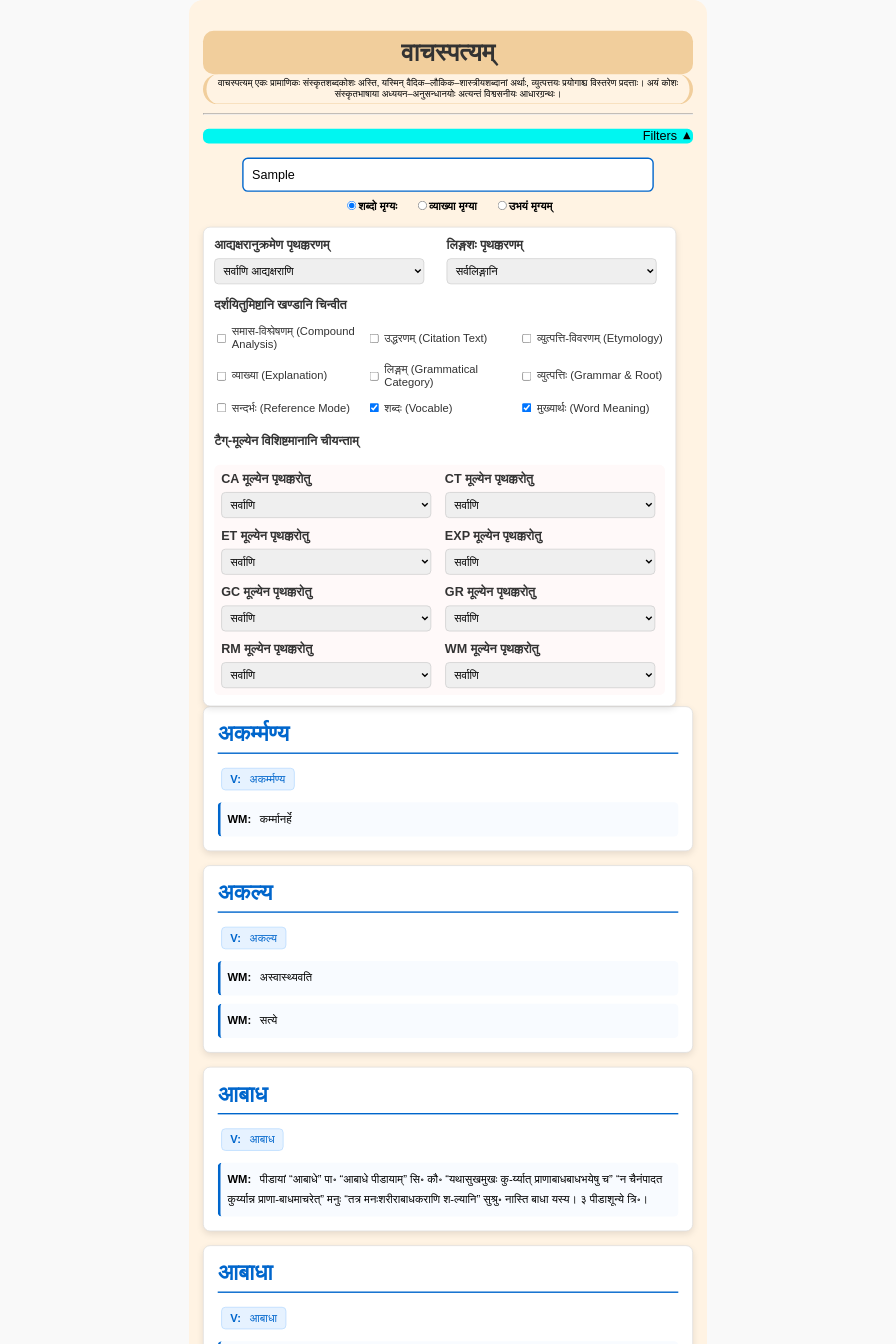
Repository: sanskritsphere/vachaspatyam-demo
Page: index.html
These files come from the project's save history. The page is drawn as it stood at one moment and after the next save; the edit follows.
The browser window is 1280 px wide. The pictures show the part of the page from y = 0 to 1920 px (the page is 4055 px tall), at 70% of full size.
Empty fields were first filled with sample values (such as "Sample", 5 or name@example.com).
After loading, the first visible `#toggleFilters` was clicked once.

Above is the page before, as saved 2025-12-14 16:02:01.

### index.html
<!DOCTYPE html>
<html lang="sa">
<head>
    <meta charset="UTF-8">
    <meta name="viewport" content="width=device-width, initial-scale=1.0">
    <link rel="styleSheet" type="text/css" href="style.css">
    <title>वाचस्पत्यम् शब्दकोशः</title>

</head>
<body>
    <div class="container">
    <header>
        <h1>वाचस्पत्यम्</h1>
    <p class="small">वाचस्पत्यम् एकः प्रामाणिकः संस्कृतशब्दकोशः अस्ति, यस्मिन् वैदिक–लौकिक–शास्त्रीयशब्दानां अर्थाः, व्युत्पत्तयः प्रयोगाश्च विस्तरेण प्रदत्ताः।
अयं कोशः संस्कृतभाषाया अध्ययन–अनुसन्धानयोः अत्यन्तं विश्वसनीयः आधारग्रन्थः।</p>
    </header>
    <hr>
<div class="toggle-btn" id="toggleFilters">
    Filters
    <span class="arrow">▼</span>
</div>
    <div id="searchContainer">
        <input type="text" id="search" placeholder="मृग्यतां शब्दस्तद्व्याख्या वा">
        <div class="search-options">
            <label><input type="radio" name="searchMode" value="wordOnly" checked>शब्दो मृग्यः</label>
            <label><input type="radio" name="searchMode" value="meaningOnly">व्याख्या मृग्या</label>
            <label><input type="radio" name="searchMode" value="both">उभयं मृग्यम्</label>
        </div>
    </div>

    <div class="filters" id="filtersPanel">
        <div class="filter-group" id="startingLetterGroup">
            <label>आद्यक्षरानुक्रमेण पृथक्करणम्</label>
            <select id="startingLetterFilter">
                <option value="">सर्वाणि आद्यक्षराणि</option>
            </select>
        </div>

        <div class="filter-group" id="gcGroup">
            <label>लिङ्गशः पृथक्करणम्</label>
            <select id="gcFilter">
                <option value="">सर्वलिङ्गानि</option>
            </select>
        </div>

        <!-- टैग विज़िबिलिटी -->
        <div class="filter-group" style="grid-column: 1 / -1;" id="tagVisibilityGroup">
            <label>दर्शयितुमिष्टानि खण्डानि चिन्वीत</label>
            <div class="tag-visibility" id="tagVisibility">
                <!-- डायनामिकली जनरेट होगा -->
            </div>
        </div>

        <!-- नए टैग फ़िल्टर सेक्शन -->
        <div class="filter-group" style="grid-column: 1 / -1;" id="tagFiltersGroup">
            <label>टैग्-मूल्येन विशिष्टमानानि चीयन्ताम्</label>
            <div class="tag-filters" id="tagFilters">
                <!-- XML से सभी टैग्स के लिए डायनामिक सिलेक्ट बॉक्स जनरेट होंगे -->
            </div>
        </div>
    </div>

    <div id="results"></div>
</div>
    <script>

        let dictionary = [];
        let allTags = new Set();
        let tagValues = {}; // { tag: Set of values }
        let startingLetters = new Set();
        let gcValues = new Set();
        let currentPage = 1;
        const itemsPerPage = 25;
        // XML फ़ाइल लोड करना
        fetch('vachaspatyam.xml')
            .then(response => response.text())
            .then(xmlText => {
                const parser = new DOMParser();
                const xml = parser.parseFromString(xmlText, "application/xml");
                const entries = xml.querySelectorAll('entry');

                entries.forEach(entry => {
                    const obj = {};
                    entry.querySelectorAll('*').forEach(child => {
                        const tagName = child.tagName;
                        allTags.add(tagName);

                        if (!obj[tagName]) obj[tagName] = [];
                        const value = child.textContent.trim();
                        if (value) obj[tagName].push(value);

                        // टैग वैल्यूज़ कलेक्ट करना
                        if (!tagValues[tagName]) tagValues[tagName] = new Set();
                        tagValues[tagName].add(value);

                        // विशेष हैंडलिंग
                        if (tagName === 'V' && value) {
                            startingLetters.add(value[0]);
                        }
                        if (tagName === 'GC' && value) {
                            gcValues.add(value);
                        }
                    });
                    dictionary.push(obj);
                });

                generateDynamicFilters();
                generateTagVisibility();
                generateTagFilters(); // नया फ़ीचर
                renderEntries(dictionary);
            })
            .catch(err => {
                document.getElementById('results').innerHTML =
                    '<p class="no-results">vachaspatyam.xml इति संचिका न लब्धा। कृपया तां स्थापयतु।</p>';
                console.error(err);
            });

        function generateDynamicFilters() {
            const startingSelect = document.getElementById('startingLetterFilter');
            [...startingLetters].sort().forEach(letter => {
                const opt = document.createElement('option');
                opt.value = letter;
                opt.textContent = letter;
                startingSelect.appendChild(opt);
            });

            const gcSelect = document.getElementById('gcFilter');
            [...gcValues].sort().forEach(gc => {
                const opt = document.createElement('option');
                opt.value = gc;
                opt.textContent = gc;
                gcSelect.appendChild(opt);
            });
        }

        function generateTagVisibility() {
            const container = document.getElementById('tagVisibility');
            container.innerHTML = '';
            [...allTags].sort().forEach(tag => {
                const label = document.createElement('label');
                const checkbox = document.createElement('input');
                checkbox.type = 'checkbox';
                checkbox.id = 'show' + tag;
                checkbox.checked = tag === 'V' || tag === 'WM'; // डिफ़ॉल्ट V और WM दिखाएँ
                label.appendChild(checkbox);
                label.appendChild(document.createTextNode(' ' + tag));
                container.appendChild(label);
            });
        }

        function generateTagFilters() {
            const container = document.getElementById('tagFilters');
            container.innerHTML = '';
            [...allTags].sort().forEach(tag => {
                if (tag === 'V') return; // V के लिए पहले से आदि अक्षर फ़िल्टर है

                const group = document.createElement('div');
                group.className = 'filter-group';

                const label = document.createElement('label');
                label.textContent = `${tag} मूल्येन पृथक्करोतु`;
                group.appendChild(label);

                const select = document.createElement('select');
                select.id = 'filter_' + tag;
                select.innerHTML = '<option value="">सर्वाणि</option>';

                // टैग के सभी यूनिक वैल्यूज़ जोड़ना
                [...tagValues[tag]].sort().forEach(val => {
                    const opt = document.createElement('option');
                    opt.value = val;
                    opt.textContent = val;
                    select.appendChild(opt);
                });

                group.appendChild(select);
                container.appendChild(group);
            });
        }

        function getMeaningText(entry) {
            let text = '';
            Object.keys(entry).forEach(key => {
                if (key !== 'V') {
                    text += entry[key].join(' ') + ' ';
                }
            });
            return text;
        }

        function renderEntries(entries, query) {
    const resultsDiv = document.getElementById('results');
    resultsDiv.innerHTML = '';

    if (entries.length === 0) {
        resultsDiv.innerHTML =
            '<p class="no-results">कश्चन शब्दो न लब्धः। कृपया मृग्यपदं परिवर्तयतु।</p>';
        return;
    }

    entries.forEach(entry => {
        const div = document.createElement('div');
        div.className = 'entry';

        const headWord = entry.V ? highlightText(entry.V[0], query) : 'अज्ञातः';
        div.innerHTML = `<h3>${headWord}</h3>`;

        const tagsDiv = document.createElement('div');

        allTags.forEach(tag => {
            const checkbox = document.getElementById('show' + tag);
            if (checkbox && checkbox.checked && entry[tag]) {
                entry[tag].forEach(value => {
                    const highlightedValue = highlightText(value, query);

                    if (tag === 'WM' || tag === 'EXP') {
                        tagsDiv.innerHTML += `
                            <div class="content">
                                <span class="tag-name">${tag}:</span>
                                ${highlightedValue}
                            </div>`;
                    } else {
                        tagsDiv.innerHTML += `
                            <span class="tag">
                                <span class="tag-name">${tag}:</span>
                                ${highlightedValue}
                            </span>`;
                    }
                });
            }
        });

        div.appendChild(tagsDiv);
        resultsDiv.appendChild(div);
    });
}


        function filterEntries() {
            let filtered = dictionary;

            const query = document.getElementById('search').value.trim();
            const searchMode = document.querySelector('input[name="searchMode"]:checked').value;

            if (query) {
                if (searchMode === 'wordOnly') {
                    filtered = filtered.filter(entry => entry.V && entry.V.some(v => v.includes(query)));
                } else if (searchMode === 'meaningOnly') {
                    filtered = filtered.filter(entry => getMeaningText(entry).includes(query));
                } else {
                    filtered = filtered.filter(entry =>
                        (entry.V && entry.V.some(v => v.includes(query))) ||
                        getMeaningText(entry).includes(query)
                    );
                }
            }

            const startingLetter = document.getElementById('startingLetterFilter').value;
            if (startingLetter) {
                filtered = filtered.filter(entry => entry.V && entry.V[0].startsWith(startingLetter));
            }

            const gc = document.getElementById('gcFilter').value;
            if (gc) {
                filtered = filtered.filter(entry => entry.GC && entry.GC.includes(gc));
            }

            // सभी टैग फ़िल्टर्स
            allTags.forEach(tag => {
                const select = document.getElementById('filter_' + tag);
                if (select && select.value) {
                    const filterValue = select.value;
                    filtered = filtered.filter(entry =>
                        entry[tag] && entry[tag].includes(filterValue)
                    );
                }
            });

            renderEntries(filtered, query);
        }

        // for highlight
            function highlightText(text, query) {
                if (!query) return text;
                const regex = new RegExp(`(${query})`, 'gi');
                return text.replace(regex, '<mark>$1</mark>');
            }

        // टॉगल बटन
    document.getElementById('toggleFilters').addEventListener('click', () => {
    const panel = document.getElementById('filtersPanel');
    const btn = document.getElementById('toggleFilters');
    btn.classList.toggle('active');
    panel.style.display = panel.style.display === 'block' ? 'none' : 'block';

    if (panel.classList.contains('show')) {
        panel.classList.remove('show');
        setTimeout(() => {
            panel.style.display = 'none';
        }, 600); // CSS transition duration के बराबर
    } else {
        panel.style.display = 'grid';
        // थोड़ा सा delay ताकि display apply हो जाए
        requestAnimationFrame(() => {
            panel.classList.add('show');
        });
    }
});


    function generateTagVisibility() {
    const container = document.getElementById('tagVisibility');
    container.innerHTML = '';

    // टैग नेम → संस्कृत में पूरा लेबल (विवरण)
    const tagLabels = {
        V:    "शब्दः (Vocable)",
        GC:   "लिङ्गम् (Grammatical Category)",
        GR:   "व्युत्पत्तिः (Grammar & Root)",
        ET:   "व्युत्पत्ति-विवरणम् (Etymology)",
        EXP:  "व्याख्या (Explanation)",
        CA:   "समास-विश्लेषणम् (Compound Analysis)",
        CT:   "उद्धरणम् (Citation Text)",
        RM:   "सन्दर्भः (Reference Mode)",
        WM:   "मुख्यार्थः (Word Meaning)"
        // यदि भविष्य में नया टैग जोड़ा जाए तो यहाँ उसका विवरण जोड़ सकते हैं
    };

    [...allTags].sort().forEach(tag => {
        const label = document.createElement('label');
        const checkbox = document.createElement('input');
        checkbox.type = 'checkbox';
        checkbox.id = 'show' + tag;
        // डिफ़ॉल्ट: V और WM हमेशा चेक रहें
        checkbox.checked = (tag === 'V' || tag === 'WM');

        label.appendChild(checkbox);
        // विवरण यदि उपलब्ध हो तो दिखाएँ, अन्यथा केवल टैग नेम
        const displayText = tagLabels[tag] || tag;
        label.appendChild(document.createTextNode(' ' + displayText));

        container.appendChild(label);
    });
}



        // सभी इवेंट्स
        document.getElementById('search').addEventListener('input', filterEntries);
        document.querySelectorAll('input[name="searchMode"]').forEach(radio => radio.addEventListener('change', filterEntries));
        document.getElementById('startingLetterFilter').addEventListener('change', filterEntries);
        document.getElementById('gcFilter').addEventListener('change', filterEntries);
        document.getElementById('filtersPanel').addEventListener('change', filterEntries); // सभी सिलेक्ट और चेकबॉक्स




    </script>
</body>
</html>

### style.css

        body {
            font-family: 'Sanskrit Text', 'Arial Unicode MS', Arial, sans-serif;
            margin: 20px;
            background-color: #f9f9f9;
            direction: ltr;
            margin: 0;
            padding: 0;
        }
        .container{
            width: 95%;
            max-width: 700px;
            margin: auto;
            background-color: #fff3e3;
            padding: 20px;
            border-radius: 20px;
        }
        header{
            display: block;
            justify-content: center;
            align-items: center;
            gap: 20px;
        }

       header h1 {
            text-align: center;
            color: #333;
            font-size: 36px;
            background-color: #f1ce9c;
            padding: 10px;
            border-radius: 15px;
            margin-bottom: 0;
        }
       header .small{
            margin-top: 0;
            padding: 5px;
            font-size: smaller;
            border-left: 5px solid #f1ce9c;
            border-radius: 100px ;
            border-right: 5px solid #f1ce9c;
            border-bottom: 1px solid #f1ce9c;
            text-align: center;
        }
        #toggleFilters {
            display: block;
            margin: 20px auto;
            padding: 0px p0x ;
            font-size: 18px;
            background: #00f6f1;
            color: rgb(0, 0, 0);
            border: none;
            border-radius: 8px;
            cursor: pointer;
            text-align: right;
        }


        .arrow {
        display: inline-block;
        transition: transform 0.4s ease;
    }

    #toggleFilters.active .arrow {
        transform: rotate(180deg);
    }
        #searchContainer {
            margin-bottom: 20px;
            text-align: center;
        }
        #search {
            width: 80%;
            max-width: 600px;
            padding: 12px;
            font-size: 18px;
            border: 2px solid #0066cc;
            border-radius: 8px;
        }
        .search-options {
            margin-top: 10px;
        }
        .search-options label {
            margin: 0 10px;
            font-weight: bold;
            font-size: 16px;

        }
        .filters {

    padding: 15px;
    background: #fff;
    border: 1px solid #ddd;
    border-radius: 10px;
    box-shadow: 0 4px 10px rgba(0,0,0,0.1);
    margin-top: 10px;
    width: 100%;
    max-width: 100%;
    margin: 0;
    /* display: grid; */
    grid-template-columns: repeat(auto-fit, minmax(300px, 1fr));
    gap: 20px;
    max-height: 0;
    opacity: 0;
    overflow: hidden;
    transition: max-height 0.6s ease, opacity 0.6s ease;
}
.filters.show {
    position: relative;
    max-height: 2000px; /* content से ज़्यादा रखो */
    opacity: 1;
    width: 92%;
}

        .filter-group {
            display: flex;
            flex-direction: column;
        }
        .filter-group label {
            font-weight: bold;
            margin-bottom: 8px;
            color: #333;
            font-size: 18px;
        }
        .filter-group select {
            padding: 8px;
            border-radius: 6px;
            border: 1px solid #ccc;
            font-size: 16px;
            max-width: 300px;
        }
        .tag-visibility {
            display: grid;
            grid-template-columns: repeat(auto-fill, minmax(180px, 1fr));
            gap: 10px;
            margin-top: 10px;
        }
        .tag-visibility label {
            font-weight: normal;
            display: flex;
            align-items: center;
            font-size: 16px;
        }
        .tag-visibility input[type="checkbox"] {
            margin-right: 8px;
        }
        .tag-filters {
            display: grid;
            grid-template-columns: repeat(auto-fill, minmax(250px, 1fr));
            gap: 15px;
            margin-top: 15px;
            padding: 10px;
            background: #fff9f9;
            border-radius: 8px;
        }
        #results {
            display: grid;
            gap: 20px;
        }
        .entry {
            background: white;
            padding: 20px;
            border: 1px solid #ddd;
            border-radius: 10px;
            box-shadow: 0 4px 10px rgba(0,0,0,0.1);
        }
        .entry h3 {
            margin: 0 0 15px 0;
            color: #0066cc;
            font-size: 32px;
            border-bottom: 2px solid #0066cc;
            padding-bottom: 8px;
        }
        .tag {
            display: inline-block;
            background: #e6f2ff;
            color: #0066cc;
            padding: 6px 12px;
            margin: 5px;
            border-radius: 6px;
            font-size: 16px;
            border: 1px solid #b3d9ff;
        }
        .tag-name {
            font-weight: bold;
            margin-right: 8px;
        }
        .content {
            margin-top: 12px;
            line-height: 1.8;
            background: #f8fbff;
            padding: 10px;
            border-radius: 6px;
            border-left: 4px solid #0066cc;
            font-size: 16px;
        }
        .no-results {
            text-align: center;
            color: #888;
            font-size: 22px;
            padding: 40px;
        }
        @media (max-width: 768px) {
            .filters {
                grid-template-columns: 1fr;
            width: 92%;
            }
            .tag-visibility, .tag-filters {
                grid-template-columns: 1fr;
            width: 92%;
            }
            #search {
                width: 92%;
            }
            .container{
                margin: 0%;
                width: 100%;
                max-width: 90%;
            }
           .container select{
             max-width: 250px;
            }
        }
    mark {
    background-color: #ffff01;
}

After the next save:
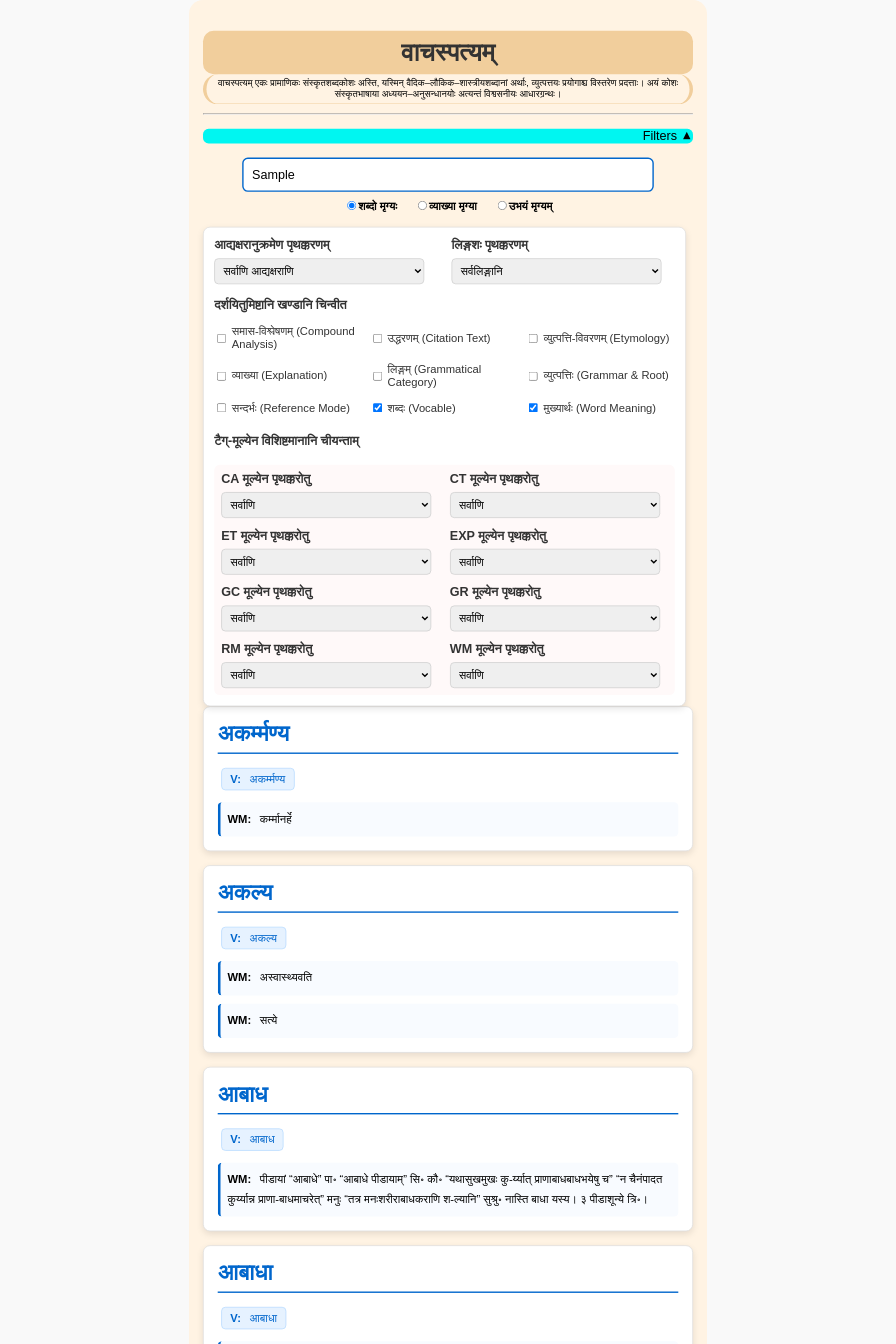
Saved 18 s later.
--- a/style.css
+++ b/style.css
@@ -107,7 +107,7 @@
     position: relative;
     max-height: 2000px; /* content से ज़्यादा रखो */
     opacity: 1;
-    width: 92%;
+    width: 94%;
 }
 
         .filter-group {
